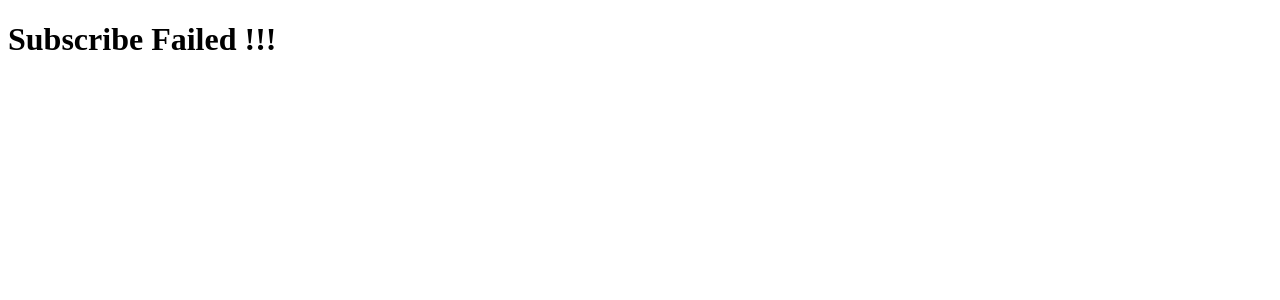
Repository: rkavinash/arkNewsletter
Page: exists.html
The author's editor kept a copy of each file at every save. The page is drawn from the files as they stood at one save, then again after the next save.
The browser window is 1280 px wide. The pictures show the whole page.

Above is the page before, as saved 2021-08-25 17:35:08.

After the next save:
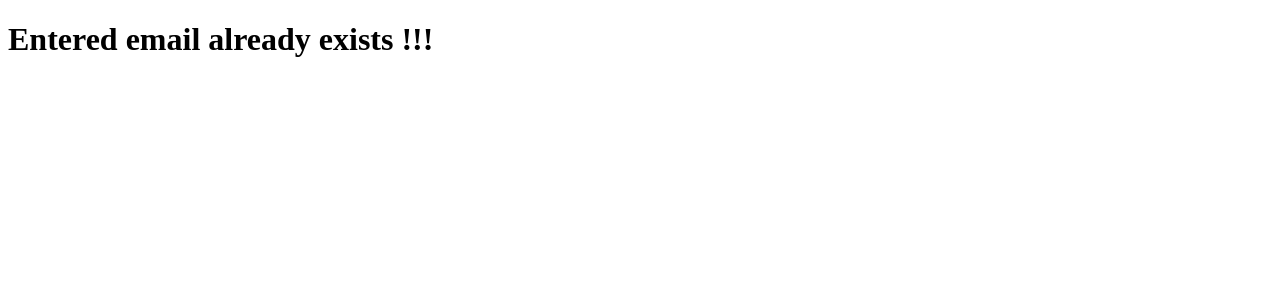
Saved 22 s later.
--- a/exists.html
+++ b/exists.html
@@ -7,6 +7,6 @@
     <title>Failure</title>
 </head>
 <body>
-    <h1>Subscribe Failed !!!</h1>
+    <h1>Entered email already exists !!!</h1>
 </body>
 </html>
